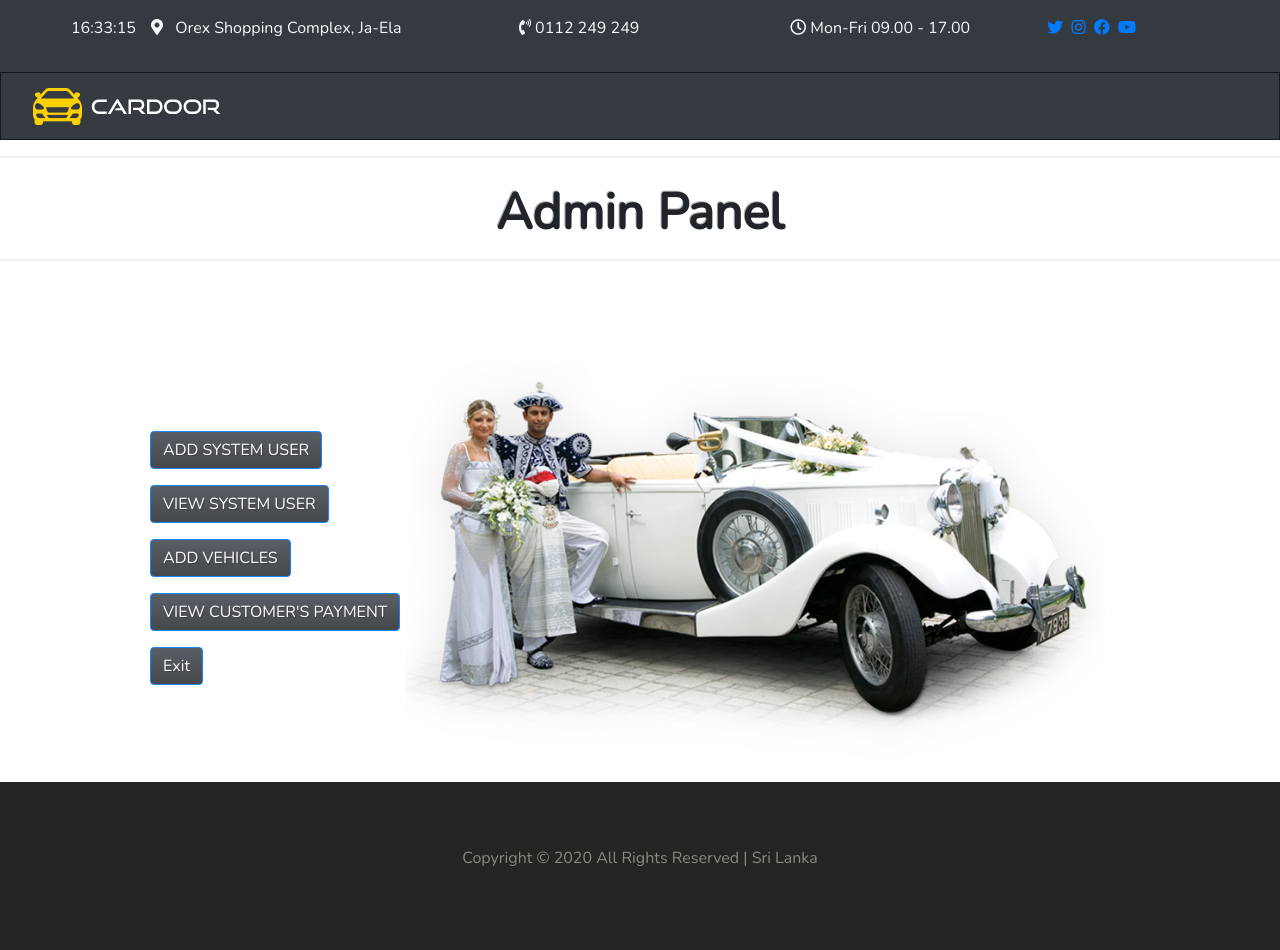
Repository: NipunLakshan99/Cardoor
Page: RentCar/WebContent/index.html
These files come from the project's save history. The page is drawn as it stood at one moment and after the next save; the edit follows.
The browser window is 1280 px wide. The pictures show the whole page.
Some web libraries are served in a nearby version.

Above is the page before, as saved 2020-05-15 13:01:53.

After the next save:
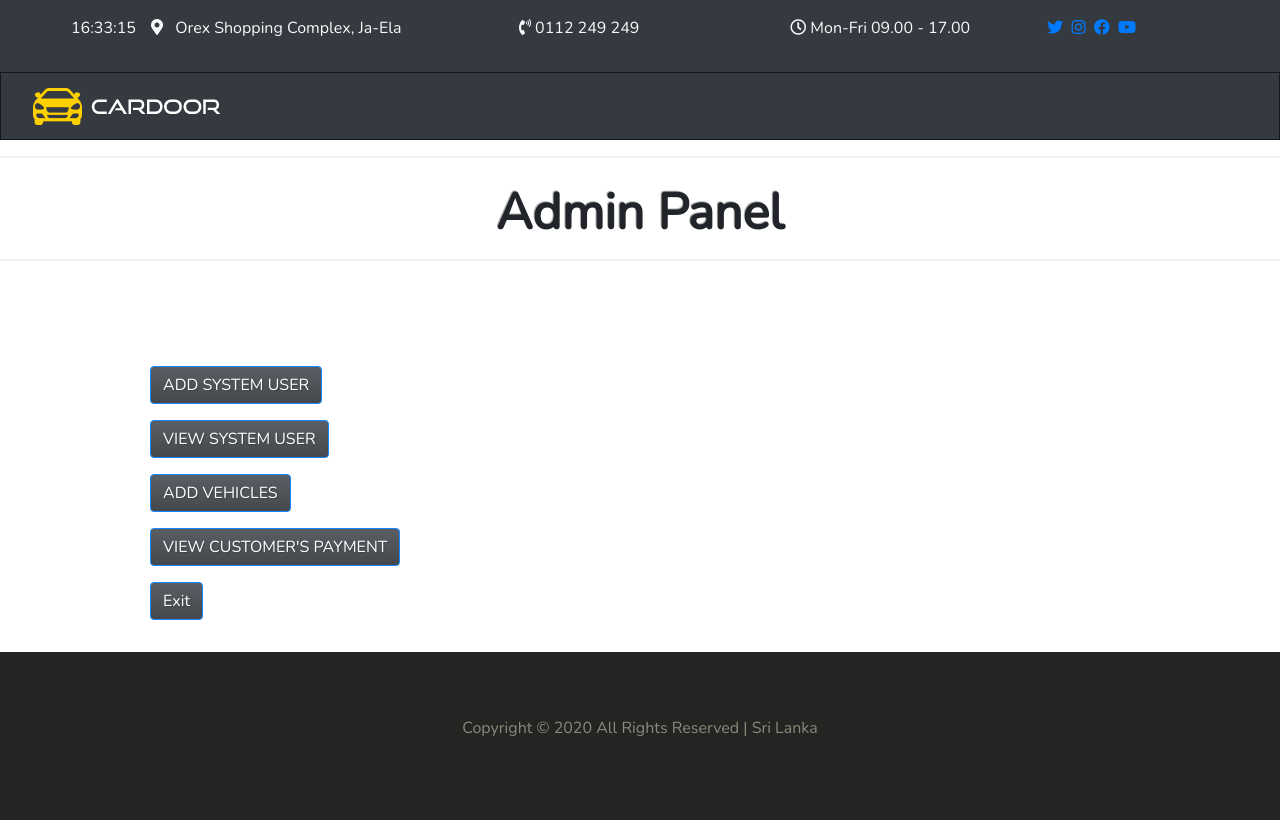
Saved 26 min 9 s later.
--- a/RentCar/WebContent/index.html
+++ b/RentCar/WebContent/index.html
@@ -114,7 +114,7 @@
  		 <a href="Home.jsp"><button type="button" class="btn btn-primary">Exit</button></a>
 
 	 </div>
-	 <img src="CSS/img/vehicle/wedding.jpg" width="700" height="400" class="img"/>
+
 	 <br/>
 	 <br/>
 
